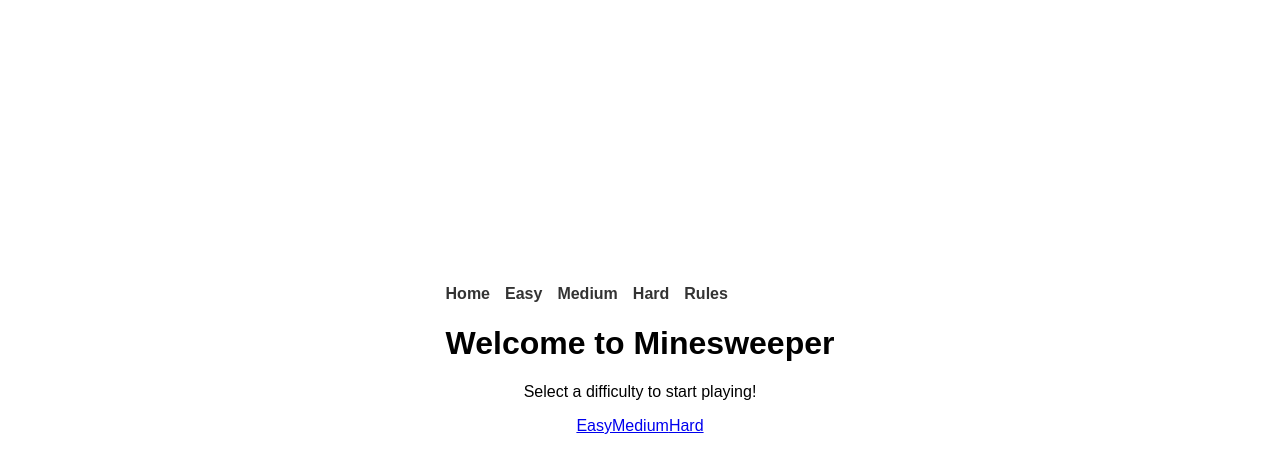
Repository: liwingy/-WingYee-_-Li-project2
Page: / (app in minesweeper/)
The author's editor kept a copy of each file at every save. The page is drawn from the files as they stood at one save, then again after the next save.
The browser window is 1280 px wide. The pictures show the whole page.
The project was rebuilt for these pictures with package versions that can differ from the ones it lists, and the page was loaded fresh each time. Also part of the build but not shown: minesweeper/src/components/Cell.js, minesweeper/src/views/Game.js, minesweeper/src/views/Rules.js.

Above is the page before, as saved 2024-11-11 13:53:47.

After the next save:
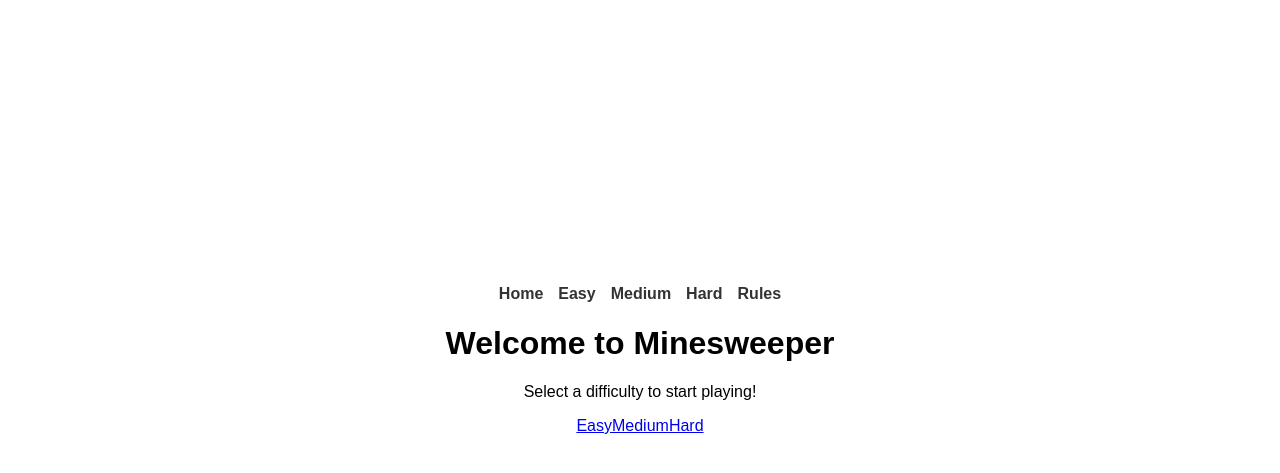
Saved 56 s later.
--- a/minesweeper/src/styles.css
+++ b/minesweeper/src/styles.css
@@ -23,6 +23,8 @@ nav {
   display: flex;
   gap: 15px;
   margin-bottom: 20px;
+  justify-content: center;
+  width: 100%;
 }
 
 nav a {
